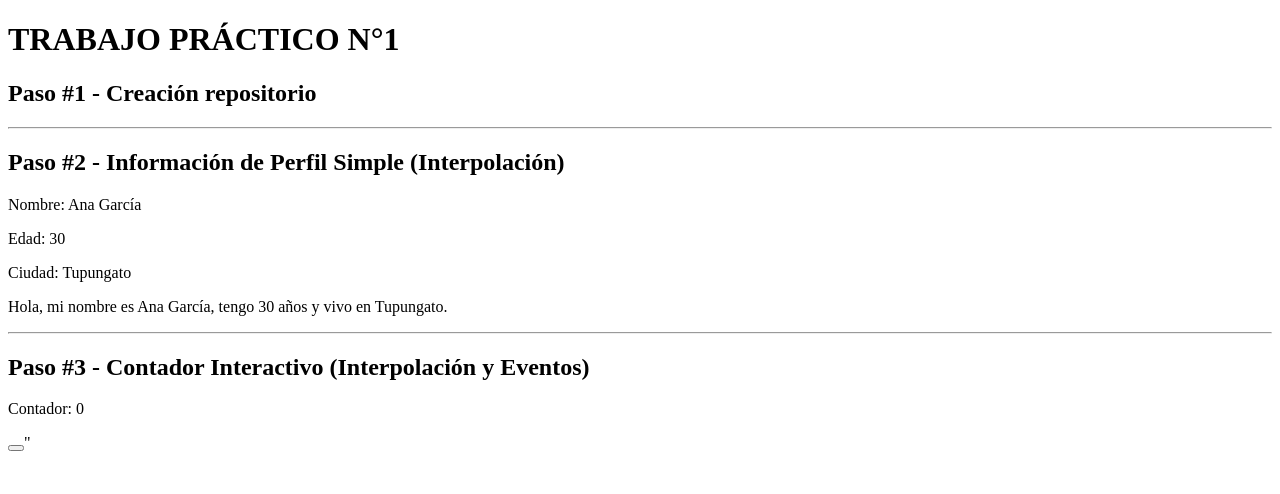
Repository: SofiaSferco/PWA
Page: practico01/index.html
An editor plug-in stored every save of this project. The page is shown before and after the next save, followed by the edit.
The browser window is 1280 px wide. The pictures show the whole page.

Above is the page before, as saved 2025-10-02 22:23:08.

### practico01/index.html
<!DOCTYPE html>
<html lang="en">
<head>
    <meta charset="UTF-8">
    <title>Trabajo Práctico 1</title>
    <script src="https://unpkg.com/vue@3/dist/vue.global.js"></script>
</head>
<body>
    <div id="app">
        <h1>TRABAJO PRÁCTICO N°1</h1>
        <h2>Paso #1 - Creación repositorio</h2>
        <hr>
        <h2>{{ segundopaso }}</h2>
            <p>Nombre: {{ nombre }}</p>
            <p>Edad: {{ edad }}</p>
            <p>Ciudad: {{ ciudad }}</p>
            <p>Hola, mi nombre es {{ nombre }}, tengo {{ edad }} años y vivo en {{ ciudad }}.</p>
        <hr>
        <h2>{{ tercerpaso }}</h2>
            <p>Contador: {{ contador }}</p>
            <button v-on:click="contador++"></button>"

    </div>
    <script>
        const { createApp } = Vue;
        createApp({
            data() {
                return {
                    segundopaso: 'Paso #2 - Información de Perfil Simple (Interpolación)',
                    nombre: 'Ana García',
                    edad: 30,
                    ciudad: 'Tupungato',
                    tercerpaso: 'Paso #3 - Contador Interactivo (Interpolación y Eventos)',
                    contador: 0
                }
            }
        }).mount('#app');
    </script>
</body>
</html>

After the next save:
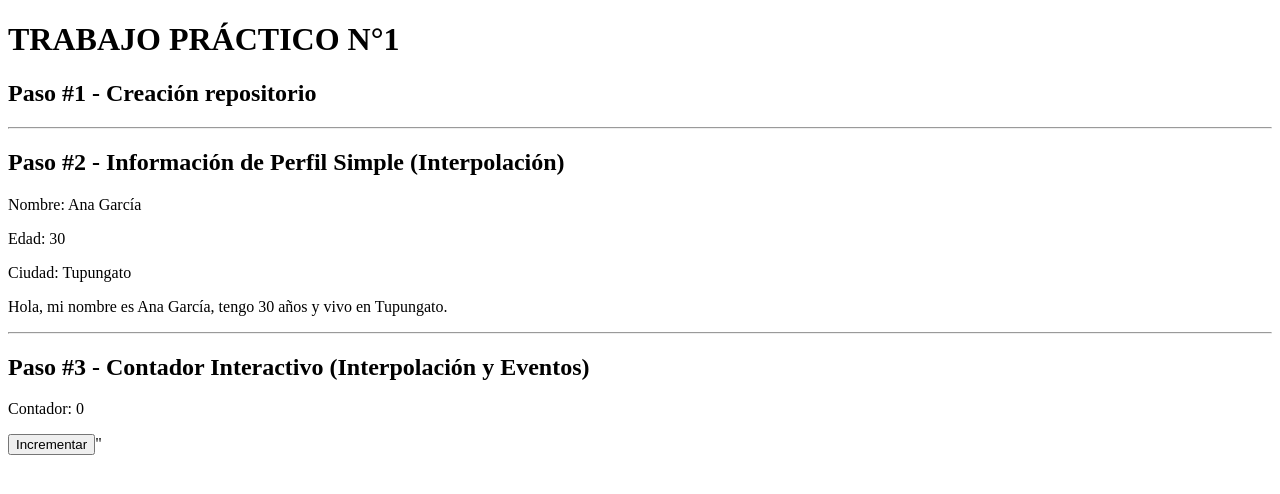
Saved 27 s later.
--- a/practico01/index.html
+++ b/practico01/index.html
@@ -18,7 +18,7 @@
         <hr>
         <h2>{{ tercerpaso }}</h2>
             <p>Contador: {{ contador }}</p>
-            <button v-on:click="contador++"></button>"
+            <button v-on:click="contador++">Incrementar</button>"
 
     </div>
     <script>
